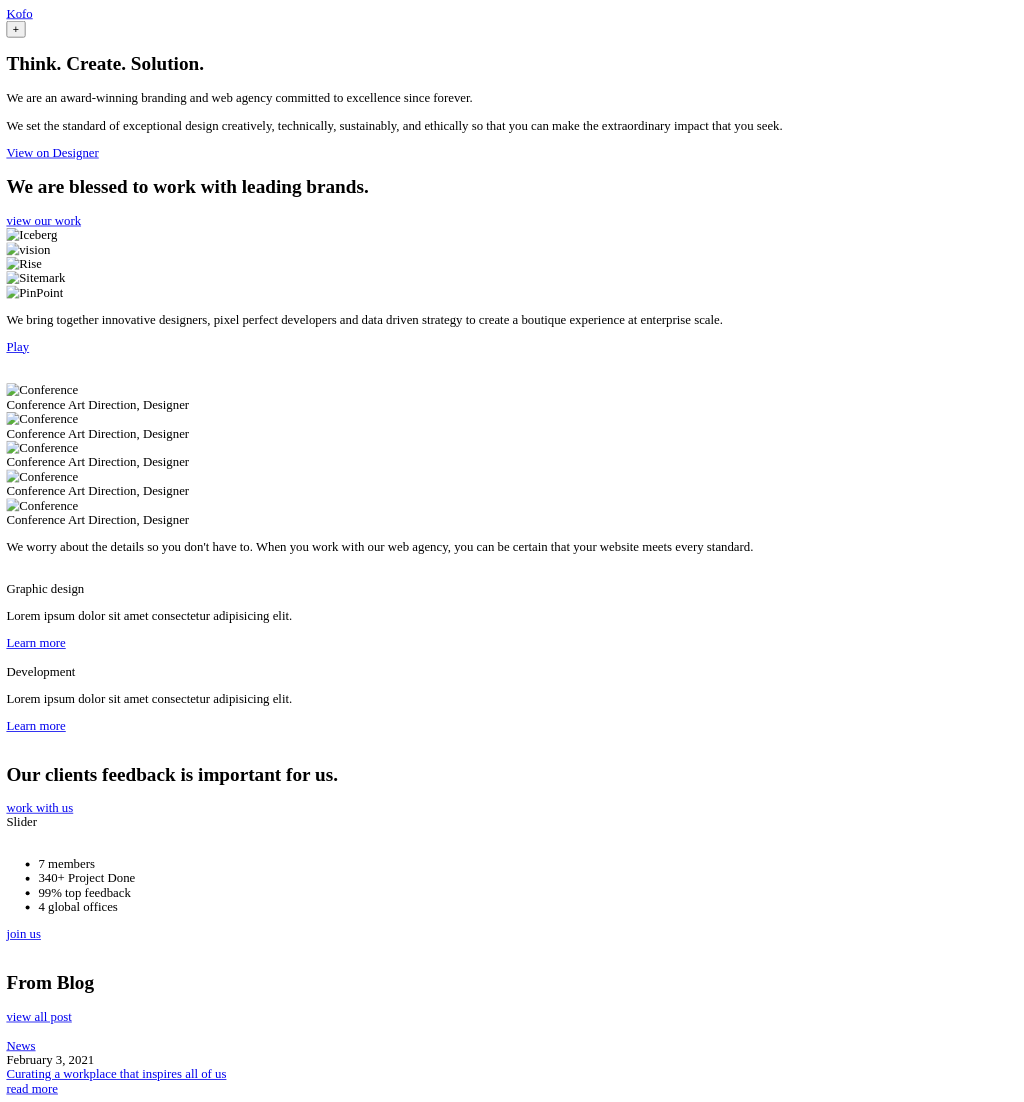
Repository: debthebuilder/kofo
Page: index.html
An editor plug-in stored every save of this project. The page is shown before and after the next save, followed by the edit.
The browser window is 1280 px wide. The pictures show the whole page, at 80% of full size.

Above is the page before, as saved 2022-10-13 12:00:37.

### index.html
<!DOCTYPE html>
<html lang="en">
<head>
    <meta charset="UTF-8">
    <meta http-equiv="X-UA-Compatible" content="IE=edge">
    <meta name="viewport" content="width=device-width, initial-scale=1.0">
    <title>Kofo - Webflow Portfolio template</title>
</head>
<body>
    <!--Fixed Top Navigation Bar-->
    <nav class="fixed-navbar">
        <a href="index.html" class="logo">Kofo</a>
        <div>
            <button>+</button>
        </div>
    </nav>
    <!--Hero Section-->
    <section class="hero">
        <div class="row">
            <div class="col">
                <h1>Think. <span>Create.</span> Solution.</h1>
            </div>
            <div class="col">
                <div>
                    <p>We are an award-winning branding and web agency committed to excellence since forever.</p>
                </div>
                <div>
                    <p>We set the standard of exceptional design creatively, technically, sustainably, and ethically so that you can make the extraordinary impact that you seek.</p>
                    <div>
                        <a href="#">View on Designer</a>
                        <span>
                            <img src="#" alt="" />
                        </span>
                    </div>
                </div>
            </div>
        </div>
    </section>
    <!--Partner Brands-->
    <section>
        <div>
            <h2>We are blessed to work with leading brands.</h2>
            <a href="#">view our work</a>
        </div>
        <div>
            <div class="partner-logo">
                <img src="#" alt="Iceberg" />
            </div>
            <div class="partner-logo">
                <img src="#" alt="vision" />
            </div>
            <div class="partner-logo">
                <img src="#" alt="Rise" />
            </div>
            <div class="partner-logo">
                <img src="#" alt="Sitemark" />
            </div>
            <div class="partner-logo">
                <img src="#" alt="PinPoint" />
            </div>
        </div>
    </section>
    <!--What we do-->
    <section class="about">
        <div class="row">
            <div class="col">
                <p>We bring together innovative designers, pixel perfect developers and data driven strategy to create a boutique experience at enterprise scale.</p>
                <div>
                    <a href="#">Play</a>
                    <div>
                        <img src="" alt="" />
                    </div>
                </div>
            </div>
            <div class="col">
                <div>
                    <img src="" alt="" />
                </div>
            </div>
        </div>
    </section>
    <!--Portfolio-->
    <section class="portfolio">
        <div class="grid">
            <div class="portfolio-item">
                <div class="">
                    <img src="" alt="Conference" />
                </div>
                <div class="absolute">
                    <div class="flex-items">
                        <span class="item-title">Conference</span>
                        <span class="item-tags">Art Direction, Designer</span>
                    </div>
                </div>
            </div>
            <div class="portfolio-item">
                <div class="">
                    <img src="" alt="Conference" />
                </div>
                <div class="absolute">
                    <div class="flex-items">
                        <span class="item-title">Conference</span>
                        <span class="item-tags">Art Direction, Designer</span>
                    </div>
                </div>
            </div>
            <div class="portfolio-item">
                <div class="">
                    <img src="" alt="Conference" />
                </div>
                <div class="absolute">
                    <div class="flex-items">
                        <span class="item-title">Conference</span>
                        <span class="item-tags">Art Direction, Designer</span>
                    </div>
                </div>
            </div>
            <div class="portfolio-item">
                <div class="">
                    <img src="" alt="Conference" />
                </div>
                <div class="absolute">
                    <div class="flex-items">
                        <span class="item-title">Conference</span>
                        <span class="item-tags">Art Direction, Designer</span>
                    </div>
                </div>
            </div>
            <div class="portfolio-item">
                <div class="">
                    <img src="" alt="Conference" />
                </div>
                <div class="absolute">
                    <div class="flex-items">
                        <span class="item-title">Conference</span>
                        <span class="item-tags">Art Direction, Designer</span>
                    </div>
                </div>
            </div>
        </div>
    </section>
    <!--Services-->
    <section>
        <p>We worry about the details so you don't have to. When you work with our web agency, you can be certain that your website meets every standard.</p>
        <div class="services">
            <div class="service-card">
                <div class="service-icon">
                    <img src="" alt="" />
                </div>
                <div class="service-details">
                    <div class="service-title">Graphic design</div>
                    <p class="service-intro">Lorem ipsum dolor sit amet consectetur adipisicing elit.</p>
                    <a href="about.html" class="service-link">Learn more</a>
                </div>
            </div>
            <div class="service-card">
                <div class="service-icon">
                    <img src="" alt="" />
                </div>
                <div class="service-details">
                    <div class="service-title">Development</div>
                    <p class="service-intro">Lorem ipsum dolor sit amet consectetur adipisicing elit.</p>
                    <a href="about.html" class="service-link">Learn more</a>
                </div>
            </div>
            <div class="service-card">
                <div class="service-img">
                    <img src="" alt="" />
                </div>
            </div>
        </div>
    </section>
    <!--Testimonial-->
    <section class="testimonial">
        <div>
            <h2>Our clients feedback is important for us.</h2>
            <a href="#">work with us</a>
        </div>
        <div class="feedback">
            <div>Slider</div>
        </div>
    </section>
    <!--Fun Facts-->
    <section class="fun-facts">
        <div class="row">
            <div class="col">
                <img src="" alt="" />
            </div>
            <div class="col">
                <div>
                    <ul>
                        <li class="fact">7 <span class="gray">members</span></li>
                        <li class="fact">340+ <span class="gray">Project Done</span></li>
                        <li class="fact">99% <span class="gray">top feedback</span></li>
                        <li class="fact">4 <span class="gray">global offices</span></li>
                    </ul>

                    <a href="contact.html" class="btn">join us</a>
                    <div>
                        <img src="" alt="" />
                     </div>
                </div>
            </div>
        </div>
    </section>
    <!--Latest Blog Posts-->
    <section class="blog">
        <div class="flex-items">
            <h2>From Blog</h2>
            <a href="blog.html" class="link">view all post</a>
        </div>
        <div class="posts">
            <div class="post-card">
                <div class="card-header">
                    <a href="post.html">
                        <img src="" alt="" />
                    </a>
                </div>
                <div class="card-body">
                    <div class="card-info">
                        <div class="post-tag">
                            <a href="#">News</a></div>
                        <span class="post-date"> February 3, 2021</span>
                    </div>
                    <div class="card-title">
                        <a href="post.html">Curating a workplace that inspires all of us</a> </div>
                    <div>
                        <a href="post.html" class="link">read more</a>
                    </div>
                </div>
            </div>
        </div>
    </section>
    <!--Newsletter-->
    <!--Footer-->
</body>
</html>

After the next save:
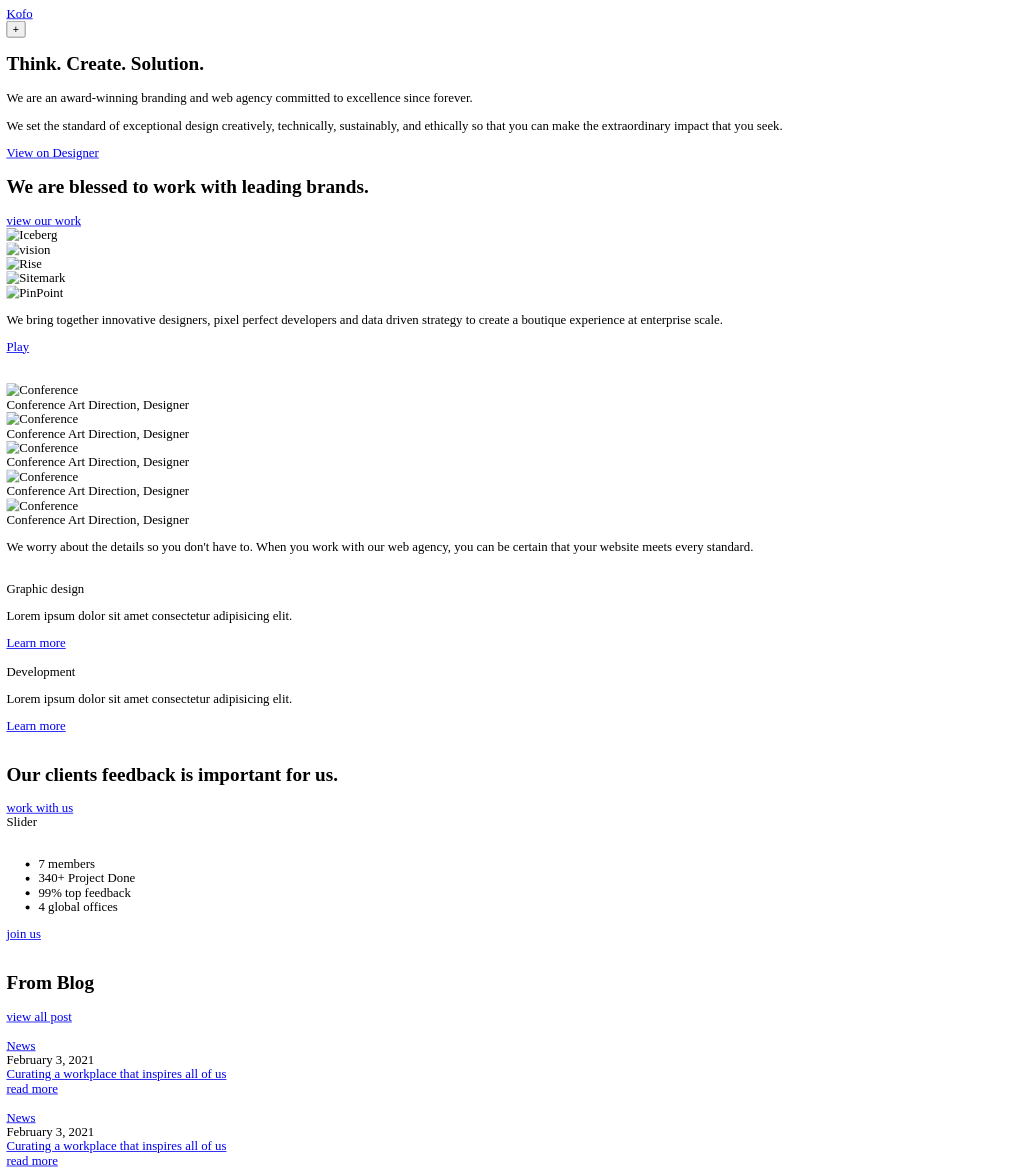
Saved 10 s later.
--- a/index.html
+++ b/index.html
@@ -229,6 +229,25 @@
                     </div>
                 </div>
             </div>
+            <div class="post-card">
+                <div class="card-header">
+                    <a href="post.html">
+                        <img src="" alt="" />
+                    </a>
+                </div>
+                <div class="card-body">
+                    <div class="card-info">
+                        <div class="post-tag">
+                            <a href="#">News</a></div>
+                        <span class="post-date"> February 3, 2021</span>
+                    </div>
+                    <div class="card-title">
+                        <a href="post.html">Curating a workplace that inspires all of us</a> </div>
+                    <div>
+                        <a href="post.html" class="link">read more</a>
+                    </div>
+                </div>
+            </div>
         </div>
     </section>
     <!--Newsletter-->
